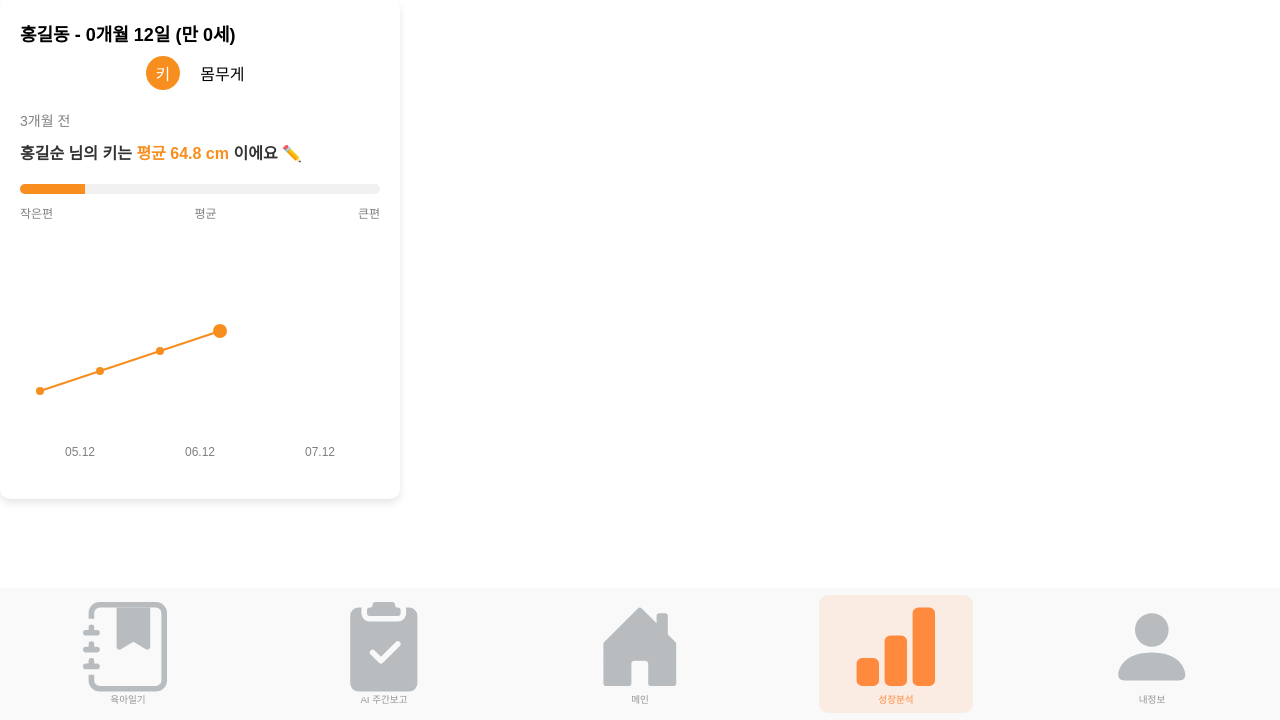
Repository: fromBirth/frombirth-frontend
Page: /growthanalysis
These files come from the project's save history. The page is drawn as it stood at one moment and after the next save; the edit follows.
The browser window is 1280 px wide. The pictures show the whole page.
Some web fonts or font styles are not loaded; a fallback is used. The project was rebuilt for these pictures with package versions that can differ from the ones it lists, and the page was loaded fresh each time. Also part of the build but not shown: vite.config.js.

Above is the page before, as saved 2024-10-30 11:59:06.

After the next save:
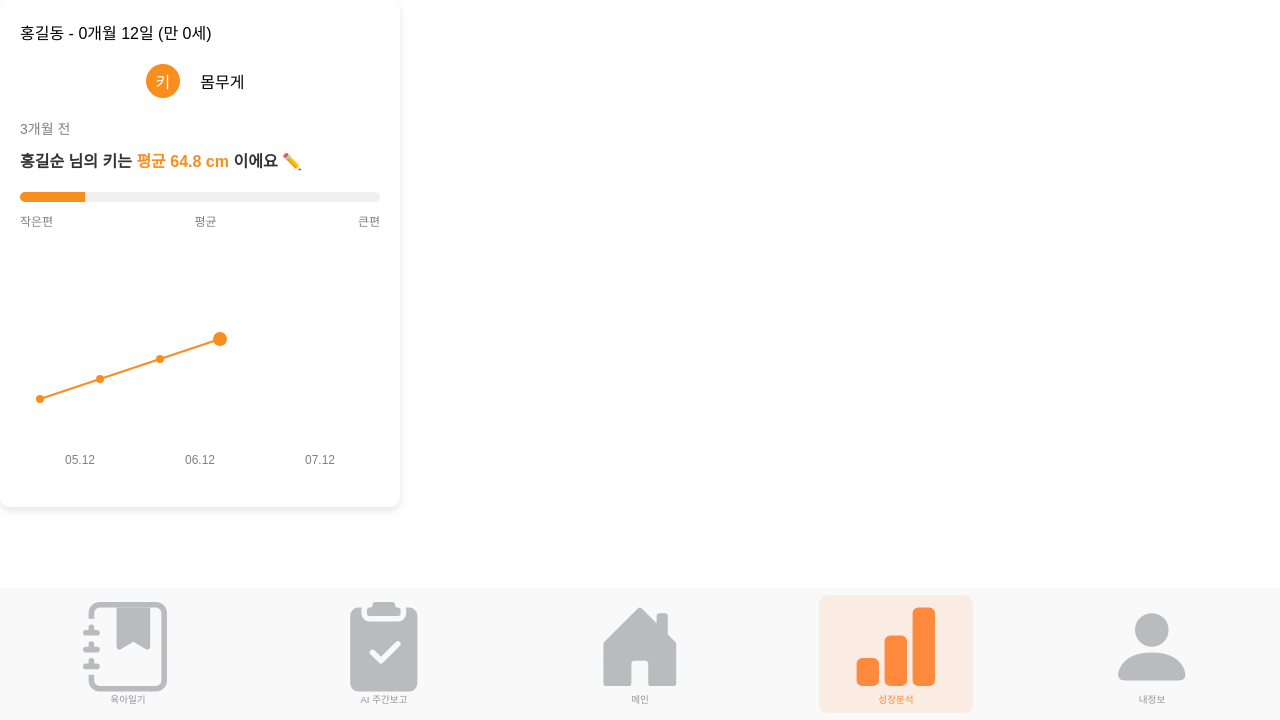
Saved 3 s later.
--- a/src/components/growth-analysis/GrowthAnalysis.css
+++ b/src/components/growth-analysis/GrowthAnalysis.css
@@ -1,7 +1,6 @@
 /* src/components/growth-analysis/GrowthAnalysis.css */
 
 .container { background-color: white; width: 90%; max-width: 400px; padding: 20px; border-radius: 10px; box-shadow: 0 4px 8px rgba(0, 0, 0, 0.1); }
-.header { text-align: center; font-size: 18px; font-weight: bold; margin-bottom: 10px; }
 .tabs { display: flex; justify-content: center; gap: 10px; margin-bottom: 20px; }
 .tab { font-size: 16px; padding: 5px 10px; border-radius: 20px; cursor: pointer; }
 .tab.active { background-color: #f78e1e; color: white; }
